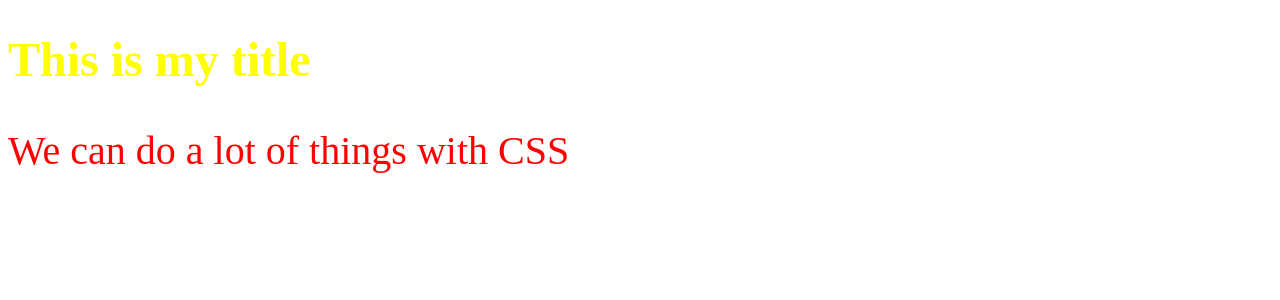
Repository: yjaneyy/ps-class-demo
Page: index.html
The author's editor kept a record of every edit. The page is drawn from the files as they stood at one moment, then again after the next edit.
The browser window is 1280 px wide. The pictures show the whole page.

Above is the page before.

### index.html
<!DOCTYPE html>
<html>
    <head>
        <title>Example Page</title>
        <style>
            #paragraph{
                font-size:40px;
                color: red;
            }
        </style>
    </head>
    <body>
        <!--inline comment-->
        <h1 class="font-selector" style="color:yellow; font-size:48px">This is my title</h1>
        <p class="font-selector" id="paragraph">
            We can do a lot of things with CSS
        </p>
    </body>
</html>

After the next edit:
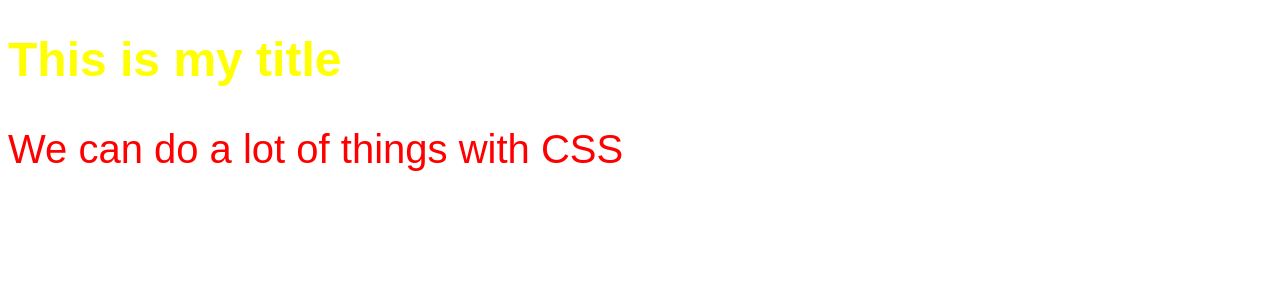
The edit:
--- a/index.html
+++ b/index.html
@@ -6,6 +6,9 @@
             #paragraph{
                 font-size:40px;
                 color: red;
+            }
+            .font-selector{
+                font-family:Arial;
             }
         </style>
     </head>
